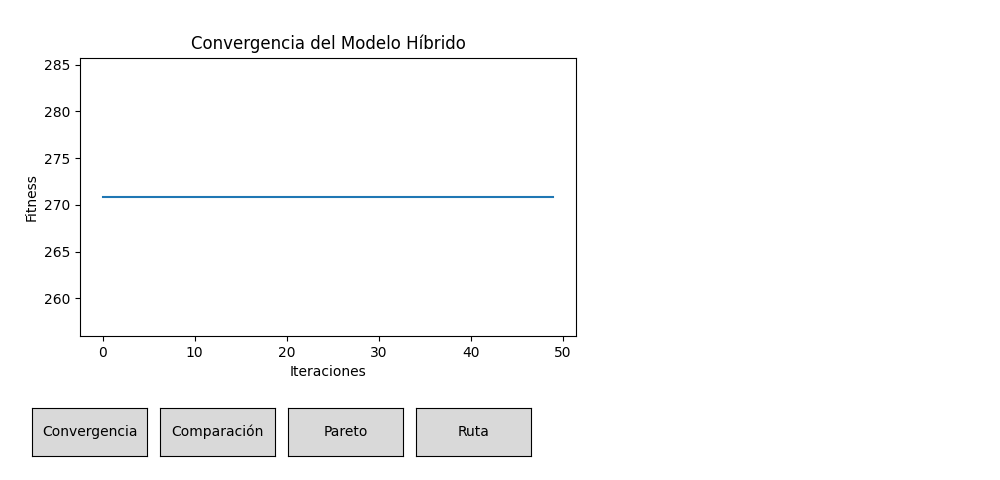
Repository: RIAJ15/IntelRR-Sistema-de-Optimizacion-basado-en-Algoritmos-Metaheuristicos-Hibridos
Script's output: python main.py
The author's editor kept a copy of each file at every save. The script's output is drawn from the files as they stood at one save, then again after the next save.
Random numbers start from a fixed seed.

Above is the script's output before, as saved 2026-05-16 11:12:13.

After the next save:
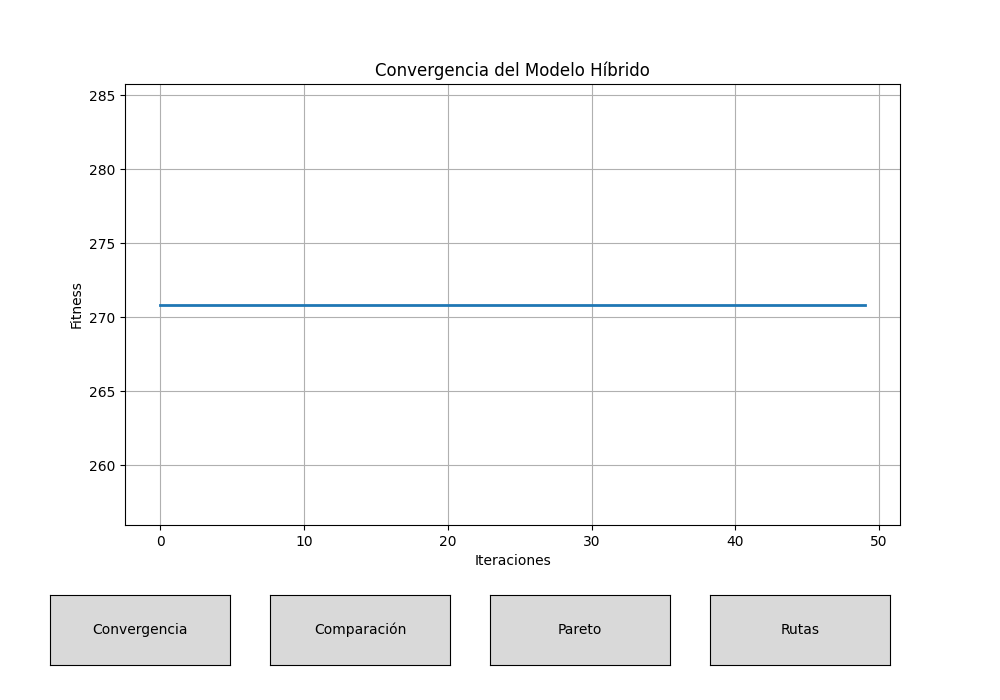
Saved 24 s later.
--- a/visualization/dashboard.py
+++ b/visualization/dashboard.py
@@ -3,95 +3,76 @@ from matplotlib.widgets import Button
 
 
 class Dashboard:
-    """
-    Dashboard interactivo para visualizar resultados del proyecto.
-
-    Parámetros:
-        hist_nsga (list): Historial de convergencia de NSGA-II.
-        hist_hibrido (list): Historial de convergencia del modelo híbrido.
-        frente (list): Soluciones del frente de Pareto.
-        ciudades (list): Coordenadas de las ciudades.
-    """
-
     def __init__(self, hist_nsga, hist_hibrido, frente, ciudades):
         self.hist_nsga = hist_nsga
         self.hist_hibrido = hist_hibrido
         self.frente = frente
         self.ciudades = ciudades
 
-        # Figura principal
-        self.fig, self.ax = plt.subplots()
-        plt.subplots_adjust(bottom=0.3)
+        self.fig, self.ax = plt.subplots(figsize=(10, 7))
+        plt.subplots_adjust(bottom=0.25)
 
-        # =========================
-        # BOTONES
-        # =========================
+        # Botones
         ax_btn1 = plt.axes([0.05, 0.05, 0.18, 0.1])
-        ax_btn2 = plt.axes([0.25, 0.05, 0.18, 0.1])
-        ax_btn3 = plt.axes([0.45, 0.05, 0.18, 0.1])
-        ax_btn4 = plt.axes([0.65, 0.05, 0.18, 0.1])
+        ax_btn2 = plt.axes([0.27, 0.05, 0.18, 0.1])
+        ax_btn3 = plt.axes([0.49, 0.05, 0.18, 0.1])
+        ax_btn4 = plt.axes([0.71, 0.05, 0.18, 0.1])
 
         self.btn1 = Button(ax_btn1, 'Convergencia')
         self.btn2 = Button(ax_btn2, 'Comparación')
         self.btn3 = Button(ax_btn3, 'Pareto')
-        self.btn4 = Button(ax_btn4, 'Ruta')
+        self.btn4 = Button(ax_btn4, 'Rutas')
 
-        # Eventos
         self.btn1.on_clicked(self.mostrar_convergencia)
         self.btn2.on_clicked(self.mostrar_comparacion)
         self.btn3.on_clicked(self.mostrar_pareto)
-        self.btn4.on_clicked(self.mostrar_ruta)
+        self.btn4.on_clicked(self.mostrar_rutas)
 
-        # Vista inicial
         self.mostrar_convergencia(None)
 
         plt.show()
 
     def limpiar(self):
-        """
-        Limpia el área de dibujo actual.
-        """
         self.ax.clear()
 
     def mostrar_convergencia(self, event):
-        """
-        Muestra la convergencia del modelo híbrido.
-        """
         self.limpiar()
 
-        self.ax.plot(self.hist_hibrido)
+        self.ax.plot(self.hist_hibrido, linewidth=2)
         self.ax.set_title("Convergencia del Modelo Híbrido")
         self.ax.set_xlabel("Iteraciones")
         self.ax.set_ylabel("Fitness")
+        self.ax.grid(True)
 
         self.fig.canvas.draw()
 
     def mostrar_comparacion(self, event):
-        """
-        Compara convergencia entre NSGA-II y modelo híbrido.
-        """
         self.limpiar()
 
-        self.ax.plot(self.hist_nsga, label="NSGA-II")
-        self.ax.plot(self.hist_hibrido, label="Híbrido")
+        self.ax.plot(self.hist_nsga, label="NSGA-II", linewidth=2)
+        self.ax.plot(self.hist_hibrido, label="Híbrido", linewidth=2)
 
         self.ax.set_title("Comparación de Convergencia")
         self.ax.set_xlabel("Iteraciones")
         self.ax.set_ylabel("Fitness")
         self.ax.legend()
+        self.ax.grid(True)
 
         self.fig.canvas.draw()
 
     def mostrar_pareto(self, event):
         """
-        Muestra el frente de Pareto.
+        Pareto corregido.
         """
         self.limpiar()
 
-        x = [f[0] for f in self.frente]
-        y = [f[1] for f in self.frente]
+        if not self.frente:
+            return
 
-        self.ax.scatter(x, y)
+        x = [sol["fitness"][0] for sol in self.frente]
+        y = [sol["fitness"][1] for sol in self.frente]
+
+        self.ax.scatter(x, y, s=100)
 
         for i, (xi, yi) in enumerate(zip(x, y)):
             self.ax.text(xi, yi, f"S{i}", fontsize=8)
@@ -99,31 +80,54 @@ class Dashboard:
         self.ax.set_title("Frente de Pareto")
         self.ax.set_xlabel("Distancia")
         self.ax.set_ylabel("Costo")
+        self.ax.grid(True)
 
         self.fig.canvas.draw()
 
-    def mostrar_ruta(self, event):
+    def ruta_ortogonal(self, ruta):
         """
-        Muestra visualmente una ruta optimizada entre ciudades.
+        Convierte una ruta en trazos tipo calles (horizontal + vertical).
+        """
+        xs = []
+        ys = []
+
+        for i in range(len(ruta) - 1):
+            x1, y1 = self.ciudades[ruta[i]]
+            x2, y2 = self.ciudades[ruta[i + 1]]
+
+            xs.extend([x1, x2, x2])
+            ys.extend([y1, y1, y2])
+
+        return xs, ys
+
+    def mostrar_rutas(self, event):
+        """
+        Muestra múltiples rutas y resalta la mejor.
         """
         self.limpiar()
 
-        ruta = self.frente[0]["ruta"]
+        # dibujar ciudades
+        x_ciudades = [c[0] for c in self.ciudades]
+        y_ciudades = [c[1] for c in self.ciudades]
 
-        x = [self.ciudades[i][0] for i in ruta]
-        y = [self.ciudades[i][1] for i in ruta]
+        self.ax.scatter(x_ciudades, y_ciudades, s=120)
 
-        # cerrar ciclo
-        x.append(x[0])
-        y.append(y[0])
+        for i, (x, y) in enumerate(self.ciudades):
+            self.ax.text(x, y, str(i), fontsize=9)
 
-        self.ax.plot(x, y, marker='o')
+        # rutas candidatas
+        for sol in self.frente[:5]:
+            xs, ys = self.ruta_ortogonal(sol["ruta"])
+            self.ax.plot(xs, ys, alpha=0.3)
 
-        for i, (xi, yi) in enumerate(self.ciudades):
-            self.ax.text(xi, yi, str(i))
+        # mejor solución
+        mejor = min(self.frente, key=lambda s: sum(s["fitness"]))
+        xs, ys = self.ruta_ortogonal(mejor["ruta"])
 
-        self.ax.set_title("Ruta Optimizada entre Ciudades")
-        self.ax.set_xlabel("Coordenada X")
-        self.ax.set_ylabel("Coordenada Y")
+        self.ax.plot(xs, ys, linewidth=3, label="Mejor ruta")
+
+        self.ax.set_title("Rutas Candidatas y Mejor Solución")
+        self.ax.legend()
+        self.ax.grid(True)
 
         self.fig.canvas.draw()
